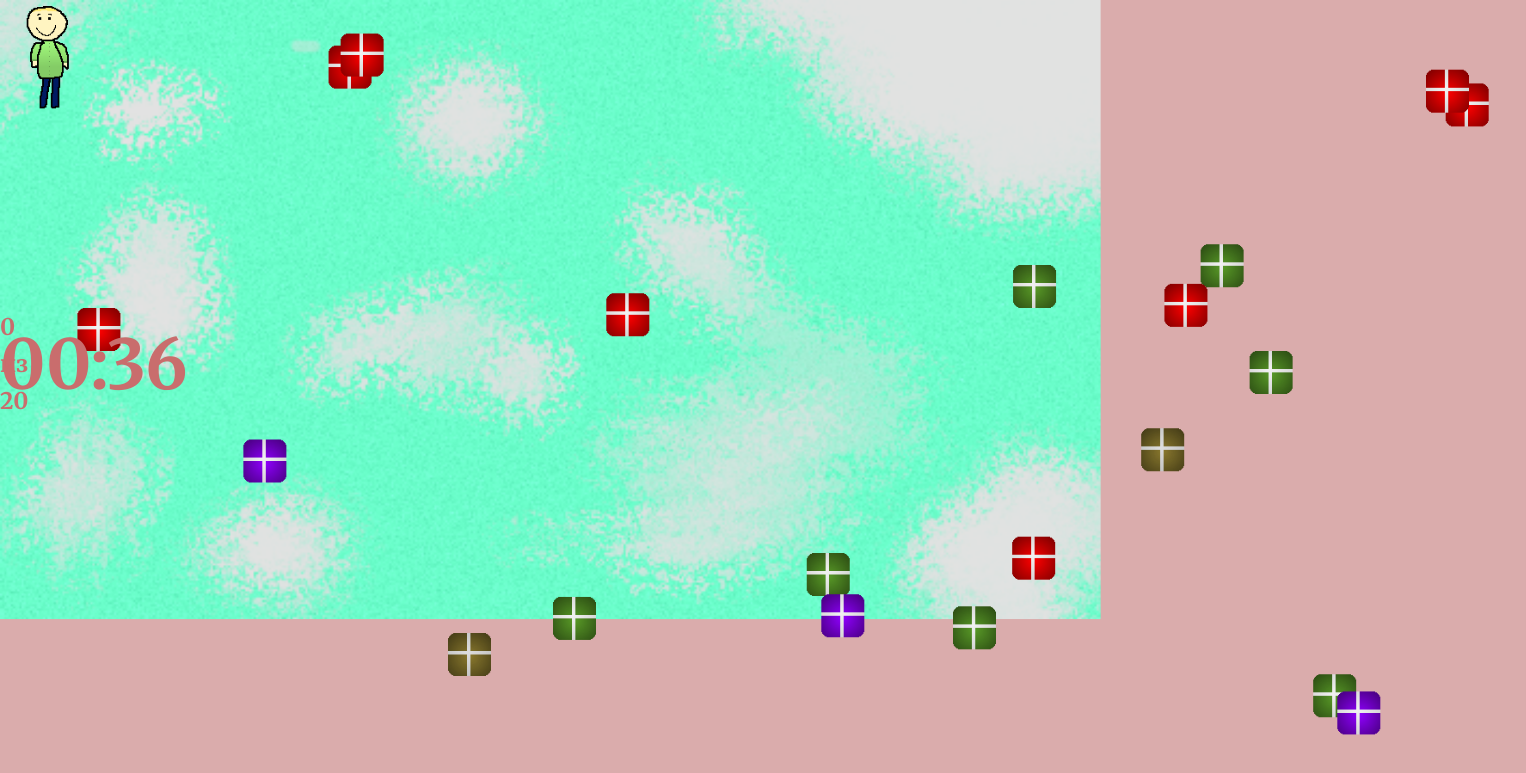
Repository: Evanechecssss/LoveTest
Page: game/level1.html
An editor plug-in stored every save of this project. The page is shown before and after the next save, followed by the edit.
The browser window is 1280 px wide. The page is 1774 px wide, so the pictures cover 1774 px, including what lies to the right of the window. The pictures show the whole page, at 86% of full size.

Above is the page before, as saved 2021-12-30 16:06:09.

### game/level1.html
<!DOCTYPE html>
<html lang="ru" dir="auto" prefix="og: http://ogp.me/ns#">

<head>
    <meta charset="utf-8">
    <script src="https://unpkg.com/konva@8.3.1/konva.min.js"></script>
    <script src="https://unpkg.com/gifler@0.1.0/gifler.min.js"></script>
    <title>Oshi game</title>
    <link rel="preconnect" href="https://fonts.googleapis.com">
    <link rel="preconnect" href="https://fonts.gstatic.com" crossorigin>
    <link
        href="https://fonts.googleapis.com/css2?family=Merriweather:ital,wght@0,300;0,400;0,700;0,900;1,300;1,400;1,700;1,900&display=swap"
        rel="stylesheet">
    <meta property="og:title" content="Окно игры" />
    <meta property="og:type" content="article" />
    <meta property="og:url" content="https://evanechecssss.github.io/LoveTest/game/level1.html" />
    <meta property="og:image" content="https://evanechecssss.github.io/assets/images/banner_logo.png" />
    <meta property="og:site_name" content="Oshi game" />
    <link rel="icon" href="./../assets/images/icon.png" type="image/png">
    <link rel="stylesheet" href="./../assets/css/game.css">
    <meta name="viewport" content="width=device-width, initial-scale=1.0">
    <meta http-equiv="X-UA-Compatible" content="ie=edge">

    <script>
        window.onload = function () {
            document.body.style.display = 'block';
        }
    </script>
</head>


<body>

    <h1 id="timer" class="timer">GO!</h1>
    <h1 id="goal" class="goal"></h1>
    <div class="canva" id="hero">

    </div>
    <div class="canva" id="presents">

    </div>
    <canvas class="canva" allow="fullscreen" id="game" width="1920" height="1080" sandbox="allow-same-origin"
        referrerpolicy="referrer"></canvas>

    <script type="application/javascript">
        /* Logic */
        var canvas = document.getElementById('game');

        var yPos = 5;
        var xPos = 10;
        var skins = ['./../assets/images/hero/hero.gif', './../assets/images/hero/hero_b.gif', './../assets/images/hero/hero_r.gif', './../assets/images/hero/hero_l.gif']
        var skins_static = ['./../assets/images/hero/hero.png', './../assets/images/hero/hero_b.png', './../assets/images/hero/hero_r.png', './../assets/images/hero/hero_l.png']
        var skin_presents = ['./../assets/images/presents/p1.png', './../assets/images/presents/p2.png', './../assets/images/presents/p3.png', './../assets/images/presents/p4.png']
        var presents = [];
        var d = -1;
        var goal = 20;
        var herodiv = document.getElementById("hero");
        herodiv.style.position = "absolute";
        herodiv.style.left = "0px";
        herodiv.style.top = "0px";
        herodiv.style.width = "100px";
        herodiv.style.height = "100px";
        herodiv.style.color = "blue";
        herodiv.style.zIndex = 3;


        var arrayDivs = []




        var presentOffsetX = 1800;
        var presentOffsetY = 800;


        function getHero() {
            return document.getElementById("hero_img");

        }
        function randomFromInterval(max, min) {
            return Math.floor(Math.random() * max) + min
        }
        /* HANDLERS */
        document.addEventListener('keyup', function (event) {
            if (event.code == 'KeyW' && d != -1) {
                getHero().src = skins_static[d];
                d = -1;
            }
            if (event.code == 'KeyS' && d != -1) {
                getHero().src = skins_static[d];
                d = -1;

            }
            if (event.code == 'KeyA' && d != -1) {
                getHero().src = skins_static[d];
                d = -1;

            }
            if (event.code == 'KeyD' && d != -1) {
                getHero().src = skins_static[d];
                d = -1;

            }
        })
        window.onload = function () {
            timer();
            draw()
        };
        document.addEventListener('keydown', function (event) {

            if (event.code == 'KeyS') {

                moveDown();
            }
            else if (event.code == 'KeyW') {

                moveUp();
            }
            else if (event.code == 'KeyA') {
                moveLeft();
            }
            else if (event.code == 'KeyD') {
                moveRight();
            } else {

            }
        });
        function timer() {
            var sec = 40;
            var timer = setInterval(function () {
                document.getElementById('timer').innerHTML = '00:' + sec;

                sec--;
                if (sec < 0) {
                    clearInterval(timer);
                    setLose()
                }
            }, 1000);
        }
        function setWin() {
            document.location.href = "./win.html"
        }
        function setLose() {
            document.location.reload();
        }
        /*CONTROL*/
        function checkCollision() {

            for (var i in arrayDivs) {
                var left = Number(arrayDivs[i].style.left.replace("px", ""))
                var top = Number(arrayDivs[i].style.top.replace("px", ""))

                if (left - xPos > -19 && left - xPos < 81
                    && top - yPos > 7 && top - yPos < 67
                ) {
                    presents.removeChild(arrayDivs[i])
                    removeItemOnce(arrayDivs, arrayDivs[i])
                    score++;
                    if (score >= goal) {
                        setWin()
                    }
                    break;

                }
            }
        }
        function removeItemOnce(arr, value) {
            var index = arr.indexOf(value);
            if (index > -1) {
                arr.splice(index, 1);
            }
            return arr;
        }
        function moveUp() {
            checkCollision()
            if (yPos < 0) {
                return;
            }
            if (d != 1) {
                d = 1;

                getHero().src = skins[d];


            }
            yPos -= 10;
            herodiv.style.top = yPos + "px";
        }
        function moveDown() {
            checkCollision()

            if (yPos > 800) {
                return;
            }
            if (d != 0) {
                d = 0;
                getHero().src = skins[d];

            }
            yPos += 10;
            herodiv.style.top = yPos + "px";
        }
        function moveRight() {
            checkCollision()

            if (xPos > 1800) {
                return;
            }
            if (d != 2) {
                d = 2;
                getHero().src = skins[d];
            }
            xPos += 10;
            herodiv.style.left = xPos + "px";
        }
        function moveLeft() {
            checkCollision()


            if (xPos < 0) {
                return;
            }
            if (d != 3) {
                d = 3;
                getHero().src = skins[d];

            }
            xPos -= 10;
            herodiv.style.left = xPos + "px";
        }


        /* SPAWNER*/


        var score = 0;


        /* RENDER */

        function draw() {
            document.getElementById('goal').innerHTML = score + ' из ' + goal;


            var canvas = document.getElementById('game');

            if (canvas.getContext) {
                var ctx = canvas.getContext('2d');
                var bg = new Image();


                bg.addEventListener('load', function () {
                    ctx.drawImage(bg, 0, 0, canvas.width, canvas.height);

                }, false);
                bg.src = './../assets/images/bg.png';

                requestAnimationFrame(draw);

            }

        }


        var presents = document.getElementById("presents");

        function createPresent(n) {
            var prdiv = document.createElement("div")
            prdiv.id = 'prdiv' + n
            prdiv.style.position = "absolute";
            prdiv.style.left = randomFromInterval(1800, 0) + "px";
            prdiv.style.top = randomFromInterval(800, 0) + "px";
            prdiv.style.width = "100px";
            prdiv.style.height = "100px";
            prdiv.style.color = "blue";
            prdiv.style.zIndex = 1;
            presents.appendChild(prdiv);
            var present = new Image();
            present.src = skin_presents[randomFromInterval(skin_presents.length, 0)];
            present.id = "prdiv_img"
            present.crossOrigin = "";
            function loadPresent() {
                document.getElementById("prdiv" + n).appendChild(present);


            }
            present.onload = loadPresent;

            return document.getElementById("prdiv" + n);
        }
        for (var i = 0; i < goal; i++) {
            arrayDivs.push(createPresent(i));
        }


        var hero = new Image();
        hero.src = skins_static[0];
        hero.id = "hero_img"
        hero.crossOrigin = "";
        function loaded() {
            document.getElementById("hero").appendChild(hero);
        }

        hero.onload = loaded;




    </script>
</body>

</html>

### assets/css/game.css
/* BASE */
body {
    width: 100%;
    height: 100%;
    margin: 0;
    font-family: 'Merriweather', serif;
    background: rgb(218, 172, 172);
    font-size: 14pt;
    line-height: 1.6;
    display: flex;
    flex-direction: column;
    justify-content: center;
    overflow: hidden;
}

.main {
    width: 100%;
    height: 100vh;
}

a {
    text-decoration: none;
    color: #D9CFCD;
}

ul {
    list-style: none;
}

*, *:before, *:after {
    box-sizing: border-box;
}

h1, h2, h3, h4, h5, h6 {
    margin: 0;
}

*::selection {
    color: #c96d6d;
}

.main {
    color: #c45656;
}


/* GAME */

.bg {
    position: relative;

    min-width: 100;
    min-height: 100;
    width: 100vh;
    height: 100vw;
}

.canva {
    position: relative;
    height: 100%;
    width: 100%;

}

.timer {

    position: absolute;
    z-index: 200;
    text-align: center;
    color: #c96d6d;
    font-size: 60pt;
    width: 0px;
    height: 0px;
}

.goal {

    position: absolute;
    z-index: 200;
    text-align: center;
    color: #c96d6d;
    font-size: 20pt;
    width: 0px;
    height: 0px;
}

After the next save:
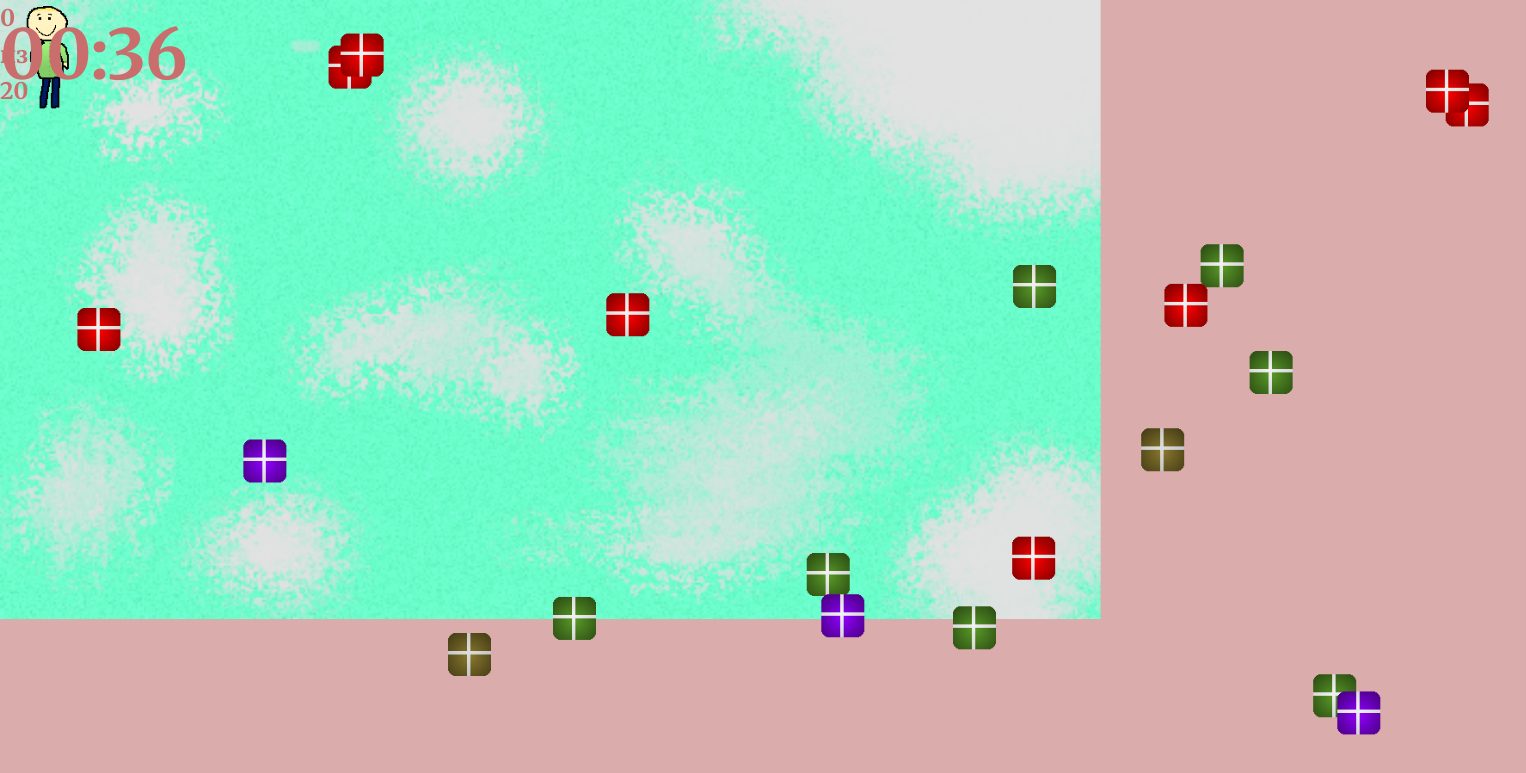
Saved 21 s later.
--- a/game/level1.html
+++ b/game/level1.html
@@ -30,9 +30,11 @@
 
 
 <body>
-
-    <h1 id="timer" class="timer">GO!</h1>
-    <h1 id="goal" class="goal"></h1>
+    <div class="container">
+        <h1 id="timer" class="timer">GO!</h1>
+        <h1 id="goal" class="goal"></h1>
+    </div>
+
     <div class="canva" id="hero">
 
     </div>
